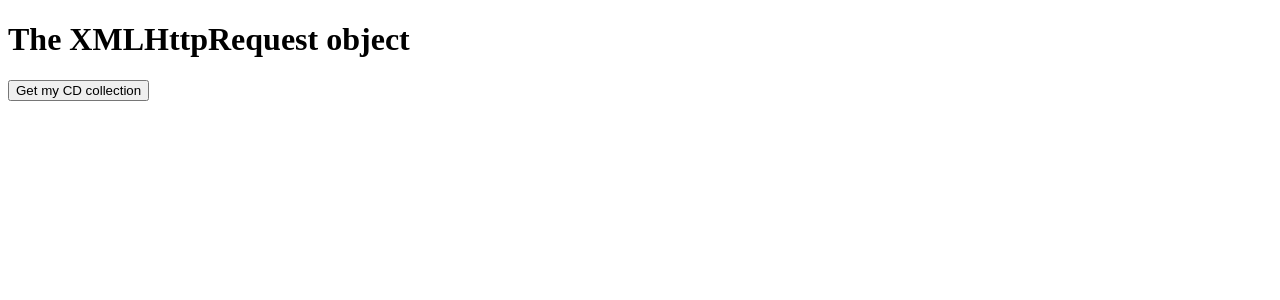
Repository: BhardwajMonika/core-java
Page: HTML2/WebContent/AjaxDemo1/WebContent/ajaxXML.html
These files come from the project's save history. The page is drawn as it stood at one moment and after the next save; the edit follows.
The browser window is 1280 px wide. The pictures show the whole page.

Above is the page before, as saved 2019-03-08 05:26:52.

### HTML2/WebContent/AjaxDemo1/WebContent/ajaxXML.html
<!DOCTYPE html>
<html>

<style>
table, th, td {
	border: 1px solid black;
	border-collapse: collapse;
}

th, td {
	padding: 5px;
}
</style>
<meta charset="ISO-8859-1">
<title>Insert title here</title>

<body>
	<h1>The XMLHttpRequest object</h1>
	<button type="button" onclick="loadDoc()">Get my CD collection</button>
	<br>
	<br>
	<table id="demo"></table>

	<script>
		function loadDoc() {
			var xhttp = new XMLHttpRequest();
			xhttp.onreadystatechange = function() {
				if (this.readyState == 4 && this.status == 200) {
					myFunction(this);
				}
			};
			xhttp.open("GET", "cd_catalog.xml", true);
			xhttp.send();
		}
		function myFunction(xml) {
			var i;
			var xmlDoc = xml.responseXML;
			var table = "<tr><th>Artist</th><th>Title</th></tr>";
			var x = xmlDoc.getElementsByTagName("CD");
			for (i = 0; i < x.length; i++) {
				table += "<tr><td>"
						+ x[i].getElementsByTagName("ARTIST")[0].childNodes[0].nodeValue+
						"</td><td>"+ x[i].getElementsByTagName("TITLE")[0].childNodes[0].nodeValue+ "</td><tr>"
			}
			document.getElementById("demo").innerHTML = table;

		}
	</script>

</body>
</html>

After the next save:
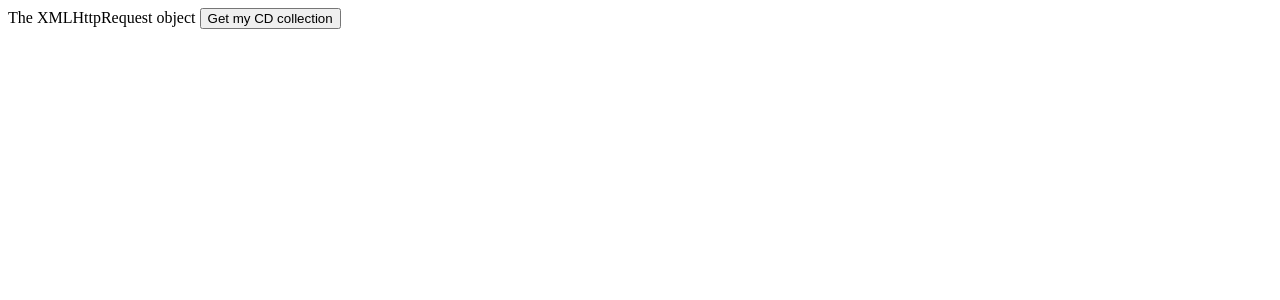
Saved 9 s later.
--- a/HTML2/WebContent/AjaxDemo1/WebContent/ajaxXML.html
+++ b/HTML2/WebContent/AjaxDemo1/WebContent/ajaxXML.html
@@ -14,7 +14,7 @@
 <meta charset="ISO-8859-1">
 <title>Insert title here</title>
 
-<body>
+<body
 	<h1>The XMLHttpRequest object</h1>
 	<button type="button" onclick="loadDoc()">Get my CD collection</button>
 	<br>

After the save that followed:
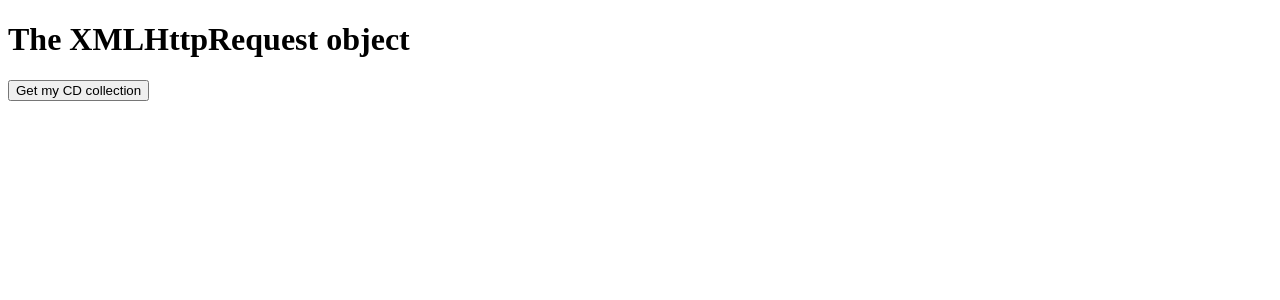
Saved 31 s later.
--- a/HTML2/WebContent/AjaxDemo1/WebContent/ajaxXML.html
+++ b/HTML2/WebContent/AjaxDemo1/WebContent/ajaxXML.html
@@ -14,7 +14,7 @@
 <meta charset="ISO-8859-1">
 <title>Insert title here</title>
 
-<body
+<body>
 	<h1>The XMLHttpRequest object</h1>
 	<button type="button" onclick="loadDoc()">Get my CD collection</button>
 	<br>
